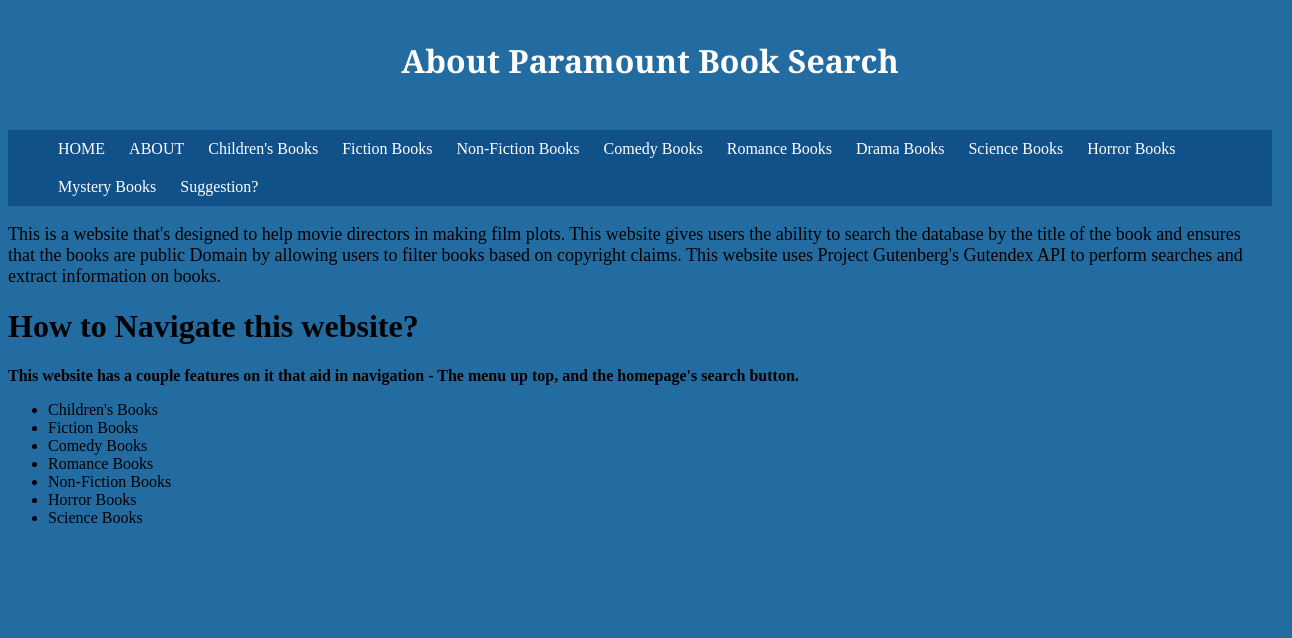
Repository: ChiaEE/INST377---Group-13
Page: About_page.html
The author's editor kept a copy of each file at every save. The page is drawn from the files as they stood at one save, then again after the next save.
The browser window is 1280 px wide. The page is 1292 px wide, so the pictures cover 1292 px, including what lies to the right of the window. The pictures show the whole page.

Above is the page before, as saved 2024-05-19 22:08:20.

### About_page.html
<!DOCTYPE html>
<html>
    <head>
        <title> About Paramount Book Search </title>
        <link rel="stylesheet" href="HomePage.css">
    </head>
    <body style="background-color: #226ca1;">
        <header id="bar">
            <h1>About Paramount Book Search</h1>
        </header>

        <!-- Navigation Menu -->
        <nav id="main-nav">
            <ul id="navList">
                <li><a href="HomePage.html">HOME</a></li>
                <li><a href="About_page.html">ABOUT</a></li>
                <li id="childrensBooksLink"><a href="Children'sBooks.html">Children's Books</a></li>
                <li id="fictionBooksLink"><a href="FictionBooks.html">Fiction Books</a></li>
                <li id="nonFictionBooks"><a href="NonFictionBooks.html"> Non-Fiction Books </a></li>
                <li id="comedyBooksLink"><a href="ComedyBooks.html">Comedy Books</a></li>
                <li id="romanceBooksLink"><a href="RomanceBooks.html">Romance Books</a></li>
                <li id="dramaBooksLink"><a href="DramaBooks.html">Drama Books</a></li>
                <li id="sciBooksLink"><a href="ScienceBooks.html">Science Books</a></li>
                <li id="horrorBooksLink"><a href="HorrorBooks.html">Horror Books</a></li>
                <li id="mysteryBooksLink"><a href="MysteryBooks.html">Mystery Books</a></li>
                <li id="SuggestionsLink"><a href="Suggestion.html">Suggestion?</a></li>

            </ul>
        </nav>

        <p style="font-size:large;"> This is a website that's designed to help movie directors in making film plots.
            This website gives users the ability to search the database by the title of the book and ensures that the books are public Domain
            by allowing users to filter books based on copyright claims. This website uses Project Gutenberg's Gutendex API to
            perform searches and extract information on books.
        </p>

        <h1> How to Navigate this website? </h1>
        <h2 style="font-size: medium;"> This website has a couple features on it that aid in navigation - The menu up top, and the homepage's search
            button.
        </h2>
        <ul>
            <li style="font-size: medium;"> Children's Books </li>
            <li style="font-size: medium;"> Fiction Books </li>
            <li style="font-size: medium;"> Comedy Books </li>
            <li style="font-size: medium;"> Romance Books </li>
            <li style="font-size: medium;"> Non-Fiction Books </li>
            <li style="font-size: medium;"> Horror Books </li>
            <li style="font-size: medium;"> Science Books </li>
        </ul>

    </body>



</html>

### HomePage.css
#bar {
    text-align: center;
    color: white;
    width: 100%;
    background-color: #226ca1;
    padding: 10px;
    margin: 0%;
    font-family: Cambria, Cochin, Georgia, Times, 'Times New Roman', serif;

}

/*Main Navigation */
#main-nav {
    background-color: #476ff2;
    color: white;
    margin: 0;
}

#main-nav li {
    display: block;
    color: black;
    text-align: center;
    padding: 14px 16px;
    text-decoration: none;
  }

  #main-nav {
    background-color: #11518a;
    color: white;
    margin: 0;
}

#main-nav li {
    display: block;
    color: white;
    text-align: center;
    padding: 14px 16px;
}

#main-nav li a {
    text-decoration: none;
    color: inherit;
}

#main-nav li:hover {
    background-color: #cbcfee;
}

#main-nav ul li {
    list-style-type: none;
    display: inline-block;
    text-align: center;
    padding: 10px;
}

#main-nav li:hover {
    background-color: #cbcfee;
}

#main-nav ul li {
    list-style-type: none;
    display: inline-block;
    text-align: center;
    padding: 10px;
}

/* Search Container */

.search-container {
    text-align: center;
}

.search-input {
    padding: 10px;
    width: 300px;
    border: 2px solid #ccc;
    border-radius: 5px;
    font-size: 14px;
}

.search-button {
    padding: 10px 20px;
    background-color: #007bff;
    color: white;
    border: none;
    border-radius: 5px;
    cursor: pointer;
    font-size: 16px;
    animation: wiggle 1s ease-in-out infinite;
    animation-delay: 2s;
}

@keyframes wiggle {
    0%, 100% {
      transform: rotate(-20deg);
    }
    50% {
      transform: rotate(20deg);
    }
  }


/* Style for the filter container */
.filter-container {
    margin-top: 20px;
}


.filter-container label {
    margin-right: 10px;
}


.filter-container select {
    padding: 5px;
    font-size: 16px;
    border: 1px solid #ccc;
    border-radius: 4px;
    background-color: #fff;
    color: #333;
}


.filter-container select option {
    background-color: #fff;
    color: #333;
}


.filter-container select:hover {
    border-color: #226ca1;
}

.content {
    display: flex;
    justify-content: flex-end;
    align-items: flex-end;
    flex-wrap: wrap;
    padding: 20px;
}


.filter-container {
    margin-right: 20px;
}

/* Search Bar */
.search-container {
    margin-bottom: 20px;
}

/* Book Container */

.book-container {
    background-color: white;
    padding: 20px;
    margin-bottom: 20px;
    border-radius: 5px;
    box-shadow: 0 2px 4px rgba(0, 0, 0, 0.1);
}

.book-container {
    border: 1px solid #ccc;
    border-radius: 5px;
    padding: 10px;
    margin: 20px 20px 20px 0;
    width: calc(40% - 20px);
}

.book-container h2 {
    margin-top: 0;
}

#loadingIndicator {
    color: #f9f1f1;
    font-size: px;
    text-align: center;
    padding: 20px;
}

/* Main Carousel Slider */
.main-carousel {
    width: 80%;
    margin: 0 auto;
}

/* Style for carousel cells */
.main-carousel .carousel-cell {
    width: 200px;
    height: 300px;
    margin-right: 10px;
    border-radius: 5px;
    overflow: hidden;
}


.main-carousel img {
    width: 100%;
    height: 100%;
    object-fit: cover;
}

/* Form  */
.form-container {
    margin-top: 20px;
}


.form-container label {
    margin-right: 10px;
}


.form-container select {
    padding: 5px;
    font-size: 16px;
    border: 1px solid #ccc;
    border-radius: 4px;
    background-color: #fff;
    color: #333;
}


.form-container select option {
    background-color: #fff;
    color: #333;
}


.form-container select:hover {
    border-color: #226ca1;
}



.form-container {
    margin-right: 20px;
}

/* Chart Button */

#showChartButton {
    padding: 5px 15px;
    border-radius: 50px;
    cursor: pointer;
    border: 0;
    background-color: white;
    box-shadow: rgb(0 0 0 / 5%) 0 0 8px;
    letter-spacing: 1.5px;
    text-transform: uppercase;
    font-size: 15px;
    transition: all 0.5s ease;
  }

  #showChartButton:hover {
    letter-spacing: 3px;
    background-color: hsl(225, 71%, 54%);
    color: hsl(0, 0%, 100%);
    box-shadow: rgb(70, 64, 229) 0px 7px 29px 0px;
  }

  #showChartButton:active {
    letter-spacing: 3px;
    background-color: hsl(225, 71%, 54%);
    color: hsl(0, 0%, 100%);
    box-shadow: rgb(70, 64, 229) 0px 0px 0px 0px;
    transform: translateY(10px);
    transition: 100ms;
  }

.confirmation {
    display: none;
    color: green;
    margin-top: 10px;
}
.error {
    display: none;
    color: red;
    margin-top: 10px;
}

/* Suggestion Form Button */
#submitButton {
    align-items: center;
    background-color: #19c20a;
    border: 0;
    border-radius: 100px;
    box-sizing: border-box;
    color: #ffffff;
    cursor: pointer;
    display: inline-flex;
    font-family: -apple-system, system-ui, system-ui, "Segoe UI", Roboto, "Helvetica Neue", "Fira Sans", Ubuntu, Oxygen, "Oxygen Sans", Cantarell, "Droid Sans", "Apple Color Emoji", "Segoe UI Emoji", "Segoe UI Symbol", "Lucida Grande", Helvetica, Arial, sans-serif;
    font-size: 16px;
    font-weight: 600;
    justify-content: center;
    line-height: 20px;
    max-width: 480px;
    min-height: 40px;
    min-width: 0px;
    overflow: hidden;
    padding: 0px;
    padding-left: 20px;
    padding-right: 20px;
    text-align: center;
    touch-action: manipulation;
    transition: background-color 0.167s cubic-bezier(0.4, 0, 0.2, 1) 0s, box-shadow 0.167s cubic-bezier(0.4, 0, 0.2, 1) 0s, color 0.167s cubic-bezier(0.4, 0, 0.2, 1) 0s;
    user-select: none;
    -webkit-user-select: none;
    vertical-align: middle;
  }

  #submitButton:hover,
  #submitButton:focus {
    background-color: #16437E;
    color: #ffffff;
  }

  #submitButton:active {
    background: #09223b;
    color: rgb(255, 255, 255, .7);
  }

  #submitButton:disabled {
    cursor: not-allowed;
    background: rgba(0, 0, 0, .08);
    color: rgba(0, 0, 0, .3);
  }

After the next save:
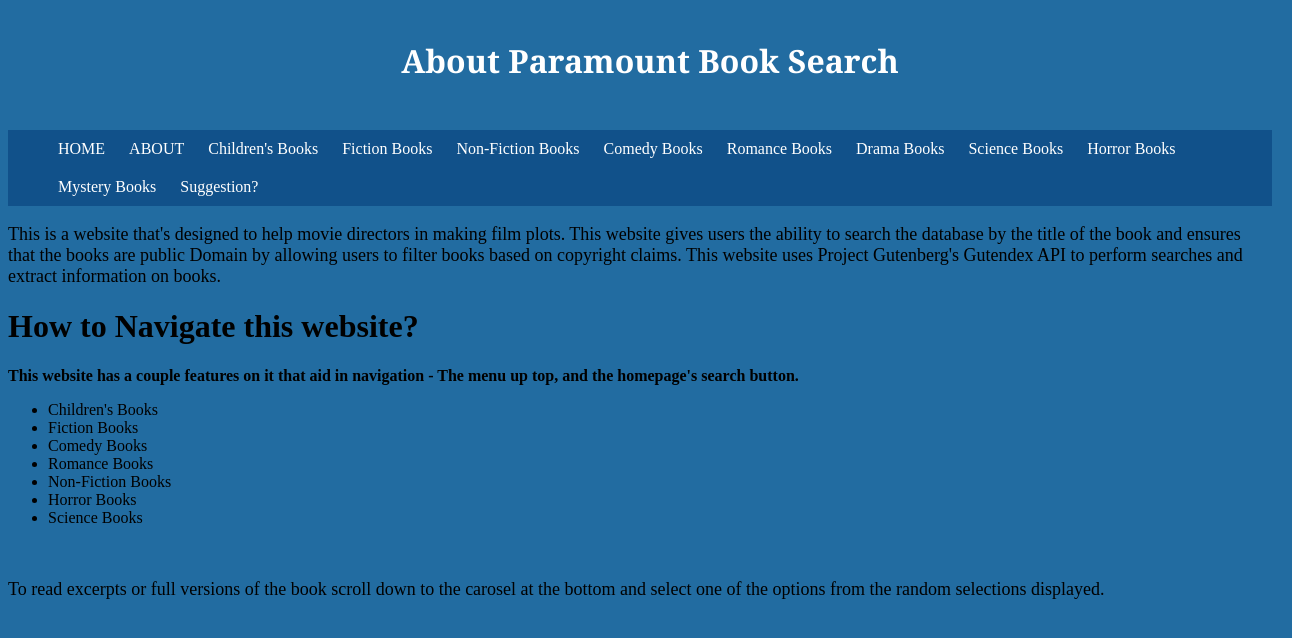
Saved 2 min 21 s later.
--- a/About_page.html
+++ b/About_page.html
@@ -48,6 +48,13 @@
             <li style="font-size: medium;"> Science Books </li>
         </ul>
 
+        <br>
+
+        <p style="font-size:large;"> To read excerpts or full versions of the book scroll
+            down to the carosel at the bottom and select one of the options from the random
+            selections displayed.
+        </p>
+
     </body>
 
 
